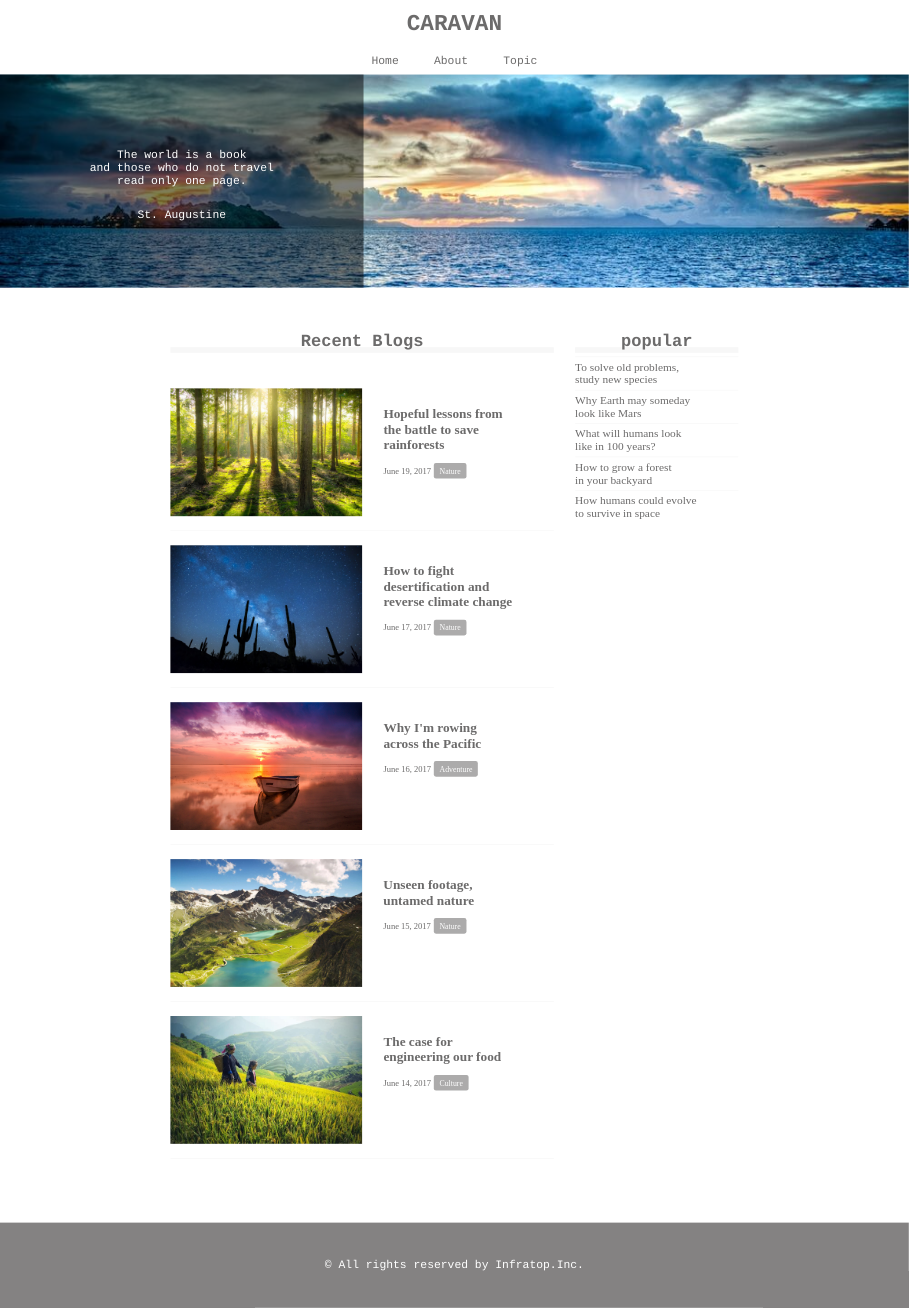
Repository: atsuyan-i/git-practice2
Page: caravan/index.html
The author's editor kept a record of every edit. The page is drawn from the files as they stood at one moment, then again after the next edit.
The browser window is 1280 px wide. The pictures show the whole page, at 71% of full size.

Above is the page before.

### caravan/index.html
<!DOCTYPE html>
<html lang="ja">
  <head>
    <meta charset="UTF-8" />
    <link rel="stylesheet" href="style.css" />
    <title>CARAVAN</title>
  </head>

  <body>
    <header>
      <h1 class="heading">
       <a href="index.html">
         CARAVAN
       </a>
      </h1>
    </header>

    <nav>
      <ul class="nav-list">
       <li class="nav-list-item">
         <a herf="index.html">Home</a>
       </li>
       <li class="nav-list-item">About</li>
       <li class="nav-list-item">Topic</li>

      </ul>
    </nav>

    <div class="main-visual">
     <div class="main-visual-content">
         <p class="main-visual-text">
             The world is a book<br />
             and those who do not travel<br />
             read only one page.
         </p>
         <p class="main-visual-name">
             St. Augustine
         </p>
     </div>

     </div>

    <div class="main">
      <div class="blog"></div>
      <div class="sidebar"></div>
    </div>

    <main>
      <section class="blog">
        <h2 class="blog-heading">Recent Blogs</h2>

        <div class="blog-box">
          <div class="blog-item">
            <img class="blog-image" src="img/forest.jpg" />
            <section class="blog-text">
              <h3 class="blog-text-heading">
                <a href="single.html">
                  Hopeful lessons from<br>
                  the battle to save<br>
                  rainforests
                </a>
              </h3>
              <p class="blog-date">June 19, 2017</p>
              <span class="category">Nature</span>
            </section>
          </div>
        <div class="blog-item">
            <img class="blog-image" src="img/desert.jpg" />
            <section class="blog-text">
              <h3 class="blog-text-heading">
                <a href="single.html">
                  How to fight<br>
                  desertification and<br>
                  reverse climate change
                </a>
              </h3>
              <p class="blog-date">June 17, 2017</p>
              <span class="category">Nature</span>
            </section>
          </div>
          <div class="blog-item">
            <img class="blog-image" src="img/sunset.jpg" />
            <section class="blog-text">
              <h3 class="blog-text-heading">
                <a href="single.html">
                  Why I'm rowing<br>
                  across the Pacific
                </a>
              </h3>
              <p class="blog-date">June 16, 2017</p>
              <span class="category">Adventure</span>
            </section>
          </div>
          <div class="blog-item">
            <img class="blog-image" src="img/italy.jpg" />
            <section class="blog-text">
              <h3 class="blog-text-heading">
                <a href="single.html">
                  Unseen footage,<br>
                  untamed nature
                </a>
              </h3>
              <p class="blog-date">June 15, 2017</p>
              <span class="category">Nature</span>
            </section>
          </div>
          <div class="blog-item">
            <img class="blog-image" src="img/asia.jpg" />
            <section class="blog-text">
              <h3 class="blog-text-heading">
                <a href="single.html">
                  The case for<br>
                  engineering our food
                </a>
              </h3>
              <p class="blog-date">June 14, 2017</p>
              <span class="category">Culture</span>
            </section>
          </div>
        </div>
      </section>
      <div class="sidebar">
        <section class="popular">
          <h2 class="popular-headin common-heading">popular</h2>
          <div class="sidebar-content">
            <p class="popular-text">
              <p class="popular-text">To solve old problems,<br>study new species</p>
              <p class="popular-text">Why Earth may someday<br>look like Mars</p>
              <p class="popular-text">What will humans look<br>like in 100 years?</p>
              <p class="popular-text">How to grow a forest<br>in your backyard</p>
              <p class="popular-text">How humans could evolve<br>to survive in space</p>
          </div>
        </section>
      </div>
    </main>

    <footer>
      <p class="footer-text">© All rights reserved by Infratop.Inc.</p>
    </footer>

  </body>
</html>

### caravan/style.css
* {
  margin: 0;
  padding: 0;
  box-sizing: border-box;
  color: #6c6b6b;
}

a {
  text-decoration: none;
}

header, nav, h2, .main-visual, footer {
  font-family: Chalkduster, "Bradley Hand", Courier, "Segoe Print", sans-serif;
}

header {
  width: 90%;
  padding: 15px 0;
  margin: 0 auto;
  text-align: center;
  position: relative;
}

.social i {
  display: inline-block;
  margin-left: 20px;
}

.social {
  position: absolute;
  top: 22px;
  right: 22px;
}

header .heading {
 font-size: 32px;
}

.nav-list {
  text-align: center;
  padding: 10px 0;
  margin: 0 auto;
}

.nav-list-item {
  list-style: none;
  display: inline-block;
  margin: 0 20px;
}

.main-visual {
  width: 100%;
  height: 300px;
  background-image: url(img/mv.jpg);
  background-size: cover;
  background-position: center;
}

.main-visual-content {
  width: 40%;
  height: 300px;
  background-color: rgba(0,0,0,0.5);
  text-align: center;
  padding-top: 105px;
}

.main-visual-text {
  color: #fff;
}

.main-visual-name {
  margin-top: 30px;
  color: #fff;
}

main {
  width: 800px;
  display: flex;
  justify-content: center;
  margin: 0 auto;
  padding: 70px 0;
}

.blog {
  width: 540px;
  margin-right: 30px;
}

.blog-heading {
  border-bottom: 8px solid #f7f7f7;
  text-align: center;
  line-height: 0.6;
}

.blog-box {
  padding-top: 50px;
}

.blog-item {
  padding-bottom: 20px;
  margin-bottom: 20px;
  border-bottom: 1px solid #f7f7f7;
  display: flex;
  justify-content: flex-start;

}

.blog-image {
  height: 180px;
}

.blog-text {
  padding: 25px 0 0 30px;
}

.blog-text-heading {
  padding-bottom: 15px;
}

.blog-date {
  font-size: 12px;
  display: inline-block;
}

.category {
  dispiay: inline-block;
  padding: 5px 8px;
  background-color: #acabab;
  border-radius: 3px;
  color: #fff;
  font-size: 11px;
}

.pagination {
  text-align: center;
  padding-top: 50px;
}

.pagination p {
  display: inline-block;
  width: 30px;
  height: 30px;
  margin: 0 5px;
  color: #fff;
  background-color: #acabab;
  border-radius: 3px;
  line-height: 30px;
}

.sidebar {
  width: 230px;
}
.common-heading {
  border-bottom: 8px solid #f7f7f7;
  text-align: center;
  line-height: 0.6;
}
.sidebar-contents {
  padding: 50px 0;
}
.popular-text,
.categories-text {
  padding-bottom: 5px;
  border-bottom: 1px solid #f7f7f7;
  margin-bottom: 5px;
}
.popular-text:last-child,
.categories-text:last-child {
  margin: 0;
  padding: 0;
  border: none;
}

.instagram .sidebar-contents {
  display: flex;
  flex-wrap: wrap;
}

.instagram-box {
  width: 110px;
  padding-top: 110px;
  background-size: cover;
  background-position: center;
  margin-bottom: 10px;
}

.instagram-box:nth-child(odd) {
  margin: 0 10px 10px 0;
}

.instagram-box:nth-child(1) {
  background-image: url(img/airport.jpg);
}

.instagram-box:nth-child(2) {
  background-image: url(img/japan.jpg);
}

.instagram-box:nth-child(3) {
  background-image: url(img/snow.jpg);
}

.instagram-box:nth-child(4) {
  background-image: url(img/japan2.jpg);
}

.instagram-box:nth-child(5) {
  background-image: url(img/lake.jpg);
}

.instagram-box:nth-child(6) {
  background-image: url(img/road.jpg);
}

footer {
  width: 100%;
  height: 120px;
  text-align: center;
  line-height: 120px;
  background-color: #848282;
}

.footer-text {
  color: #fff;
}

@media screen and (max-width: 425px) {
  header {
    width: 100%;
  }

  .nav-list {
    width: 100%;
  }

  .nav-list-item {
    width: 100%;
    margin: 0 0 10px 0;
  }

  .social {
    display: none;
  }

  .main-visual-content {
    width: 100%;
  }

  main {
    width: 100%;
    display: block;
  }

  .blog {
    width: 100%;
    margin: 0;
  }

  .blog-box {
    padding-left: 2%;
    padding-right: 2%;
  }

  .blog-image {
    width: 49%;
  }

  .blog-text {
    width: 49%;
    padding-top: 5px;
  }

  .sidebar {
    width: 100%;
  }

  .sidebar-contents {
    padding-left: 3%;
    padding-right: 3%;
  }

  .instagram-box {
    width: 48%;
    padding-top: 48%;
  }

  .instagram-box:nth-child(odd) {
    margin-right: 4%;
  }

  .pagination {
    margin-bottom: 50px;
  }
}

After the next edit:
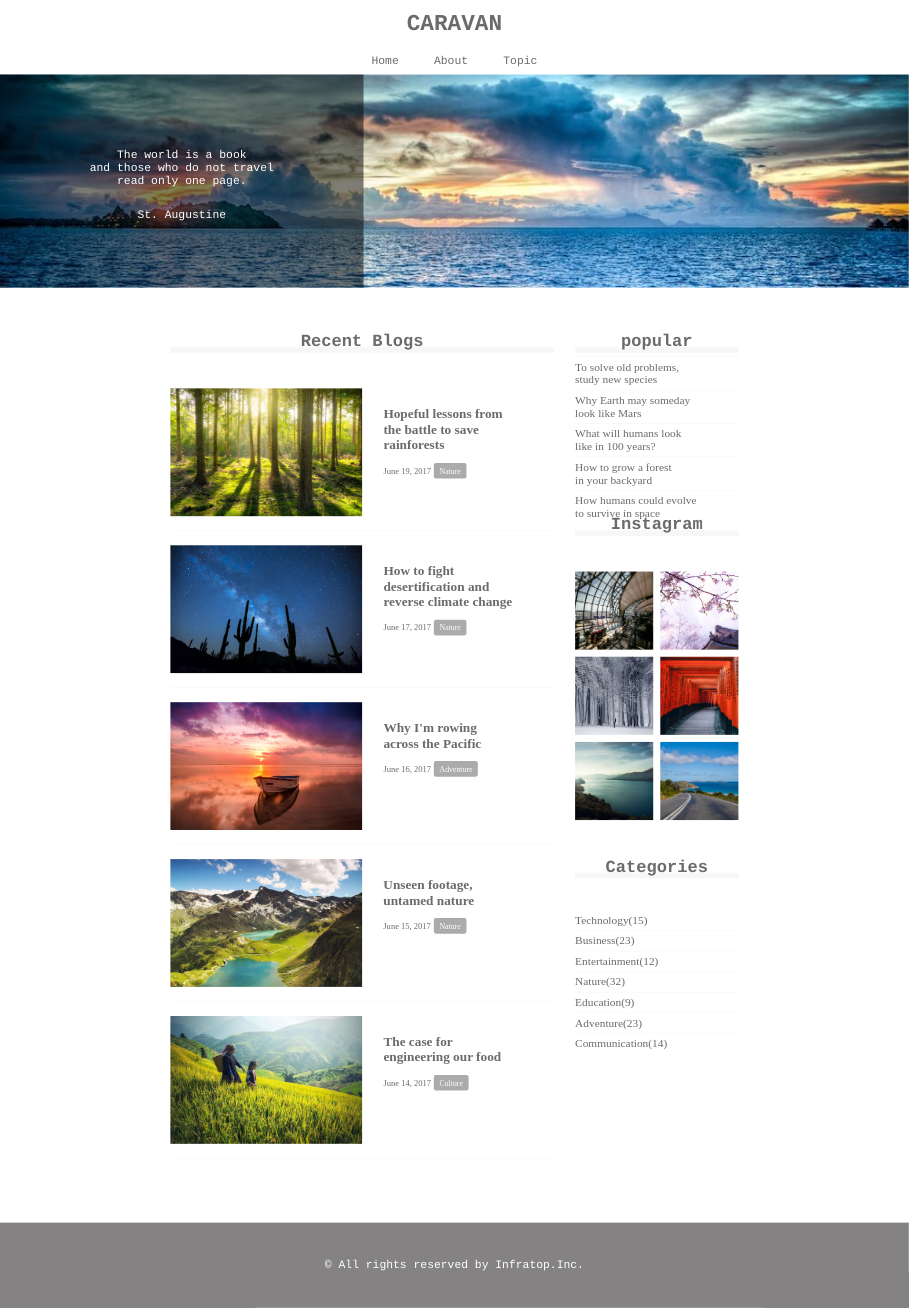
The edit:
--- a/caravan/index.html
+++ b/caravan/index.html
@@ -131,6 +131,29 @@
               <p class="popular-text">How humans could evolve<br>to survive in space</p>
           </div>
         </section>
+        <section class="instagram">
+          <h2 class="instagram-heading common-heading">Instagram</h2>
+          <div class="sidebar-contents">
+            <div class="instagram-box"></div>
+            <div class="instagram-box"></div>
+            <div class="instagram-box"></div>
+            <div class="instagram-box"></div>
+            <div class="instagram-box"></div>
+            <div class="instagram-box"></div>
+          </div>
+        </section>
+        <section class="categories">
+          <h2 class="categories-heading common-heading">Categories</h2>
+          <div class="sidebar-contents">
+            <p class="categories-text">Technology(15)</p>
+            <p class="categories-text">Business(23)</p>
+            <p class="categories-text">Entertainment(12)</p>
+            <p class="categories-text">Nature(32)</p>
+            <p class="categories-text">Education(9)</p>
+            <p class="categories-text">Adventure(23)</p>
+            <p class="categories-text">Communication(14)</p>
+          </div>
+        </section>
       </div>
     </main>
 
